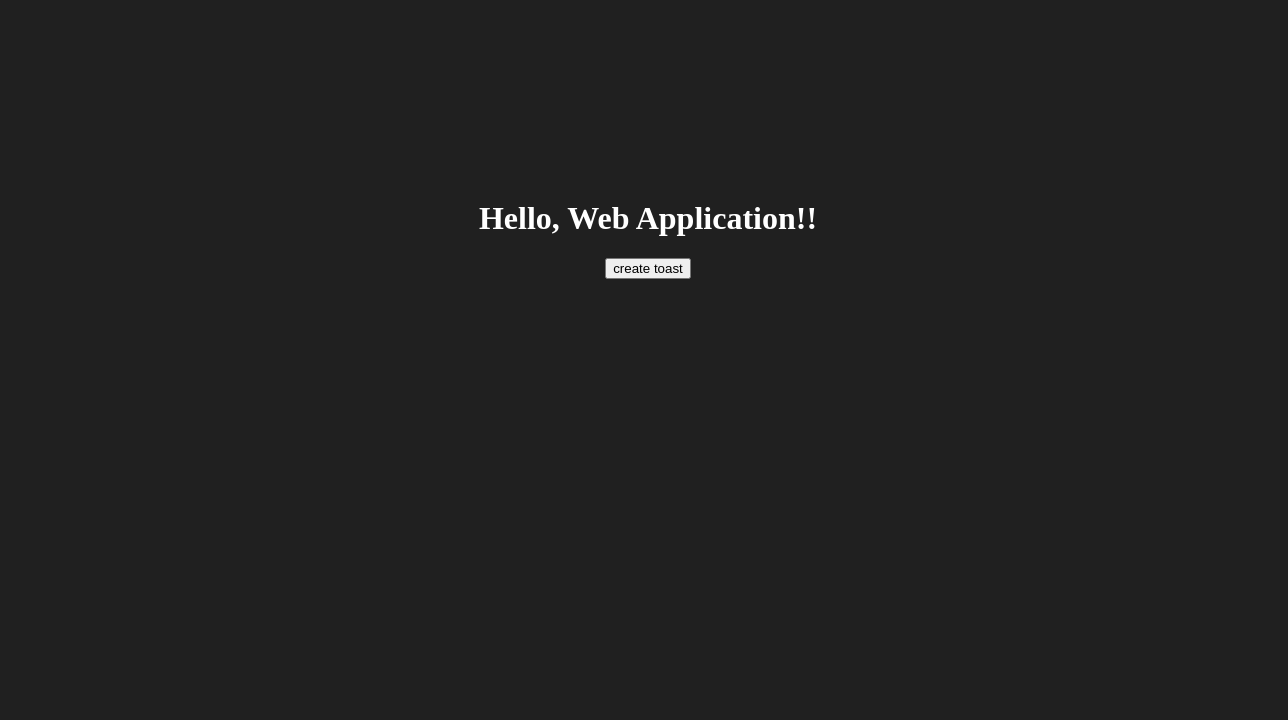
Repository: meanz1/SE_SleepWithMe
Page: SmartTVWorkspace/myapp/index.html
An editor plug-in stored every save of this project. The page is shown before and after the next save, followed by the edit.
The browser window is 1280 px wide. The page is 1288 px wide, so the pictures cover 1288 px, including what lies to the right of the window. The pictures show the whole page.

Above is the page before, as saved 2021-11-22 06:28:44.
Console error: ReferenceError: WebOSServiceBridge is not defined

After the next save:
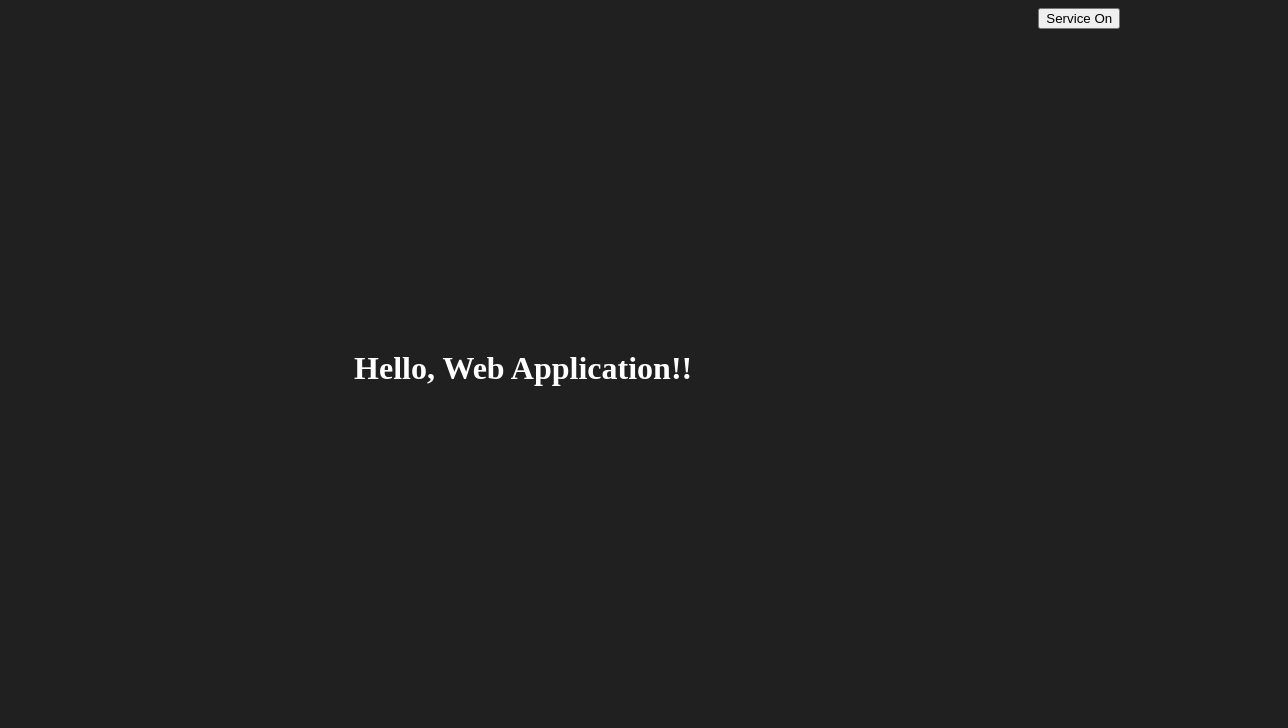
Saved 2 min 32 s later.
--- a/SmartTVWorkspace/myapp/index.html
+++ b/SmartTVWorkspace/myapp/index.html
@@ -10,54 +10,44 @@ SPDX-License-Identifier: Apache-2.0
 <title>Example Web App</title>
 <style type="text/css">
     body {
+        width: 100%;
+        height: 100%;
         background-color:#202020;
-        vertical-align: middle;
-        height: 100%;
-        width: 100%;
     }
-    .top {
-        margin-top: 200px;
-    }
-    .mid {
-        text-align: center;
+    div {
+        position:absolute;
+        height:100%;
+        width:100%;
+        display: table;
     }
     h1 {
+        display: table-cell;
         vertical-align: middle;
         text-align:center;
         color:#FFFFFF;
     }
 </style>
-
 <script type="text/javascript">
     var bridge = new WebOSServiceBridge();
-    function toastCallback(msg) {
-        console.log("before-parse-response");
-        var response = JSON.parse(msg);
-        console.log(response);
-    }
-    function createToast() {
-        var url = 'luna://com.webos.notification/createToast';
 
-        bridge.onservicecallback = toastCallback;
+    function serviceOn() {
+        console.log("call my service");
+        const url = 'luna://com.heartbeat.app.service/serviceOn';
+        const params = {};
+        bridge.onservicecallback = (msg) => {
+            console.log(msg);
+            let res = JSON.parse(msg);
+            document.getElementById("txt_msg").innerHTML = res.Response;
+        };
 
-        var params = {
-            "message":"hello world"
-        };
-        console.log("before-bridge.call");
-        setInterval(function(){
-        	bridge.call(url, JSON.stringify(params));
-        }, 4000)
-
-        console.log("after-bridge.call");
+        bridge.call(url, JSON.stringify(params));
     }
 </script>
 </head>
 <body>
-    <div class="top">
+    <div>
         <h1 id="txt_msg">Hello, Web Application!!</h1>
-    </div>
-    <div class="mid">
-        <button onclick="createToast()">create toast</button>
+        <button id="on" onclick="serviceOn()">Service On</button>
     </div>
 </body>
 </html>
